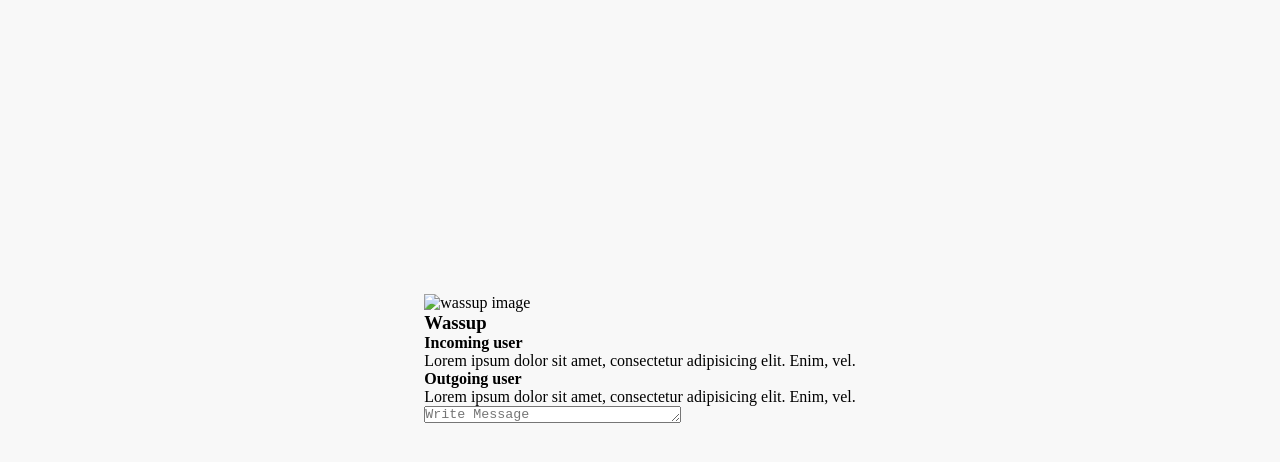
Repository: yashrajverma/Wassup-Chat-App
Page: http://localhost/
An editor plug-in stored every save of this project. The page is shown before and after a run of saves, followed by the edit.
The browser window is 1280 px wide. The pictures show the whole page.
The page is served by the project's Node server (server.js).

Above is the page before, as saved 2020-11-19 11:50:29.

After the next 2 saves:
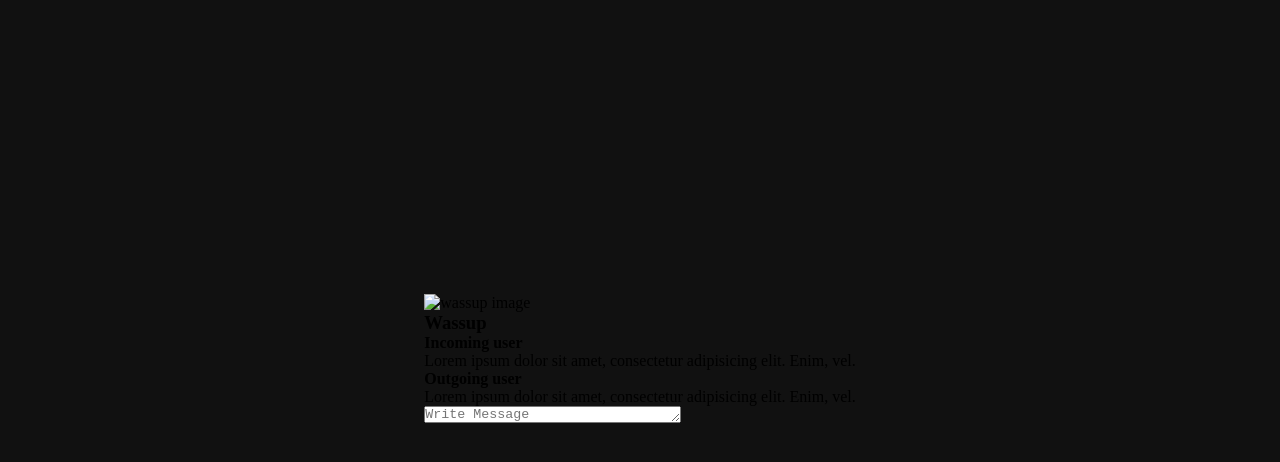
The 2 saves are shown as one change because they came seconds apart.
The last was saved 14 s later.
--- a/public/style.css
+++ b/public/style.css
@@ -10,12 +10,12 @@
     align-items: center;
     justify-content: center;
     min-height: 100vh;
-    background: #f8f8f8;
+    background: #111;
     font-family: 'Roboto' sans-serif;
 }
 
 section .chat_section {
     min-height: 90%;
     width: 800px;
-    background: #111;
+    background: #fff;
 }

After the save that followed:
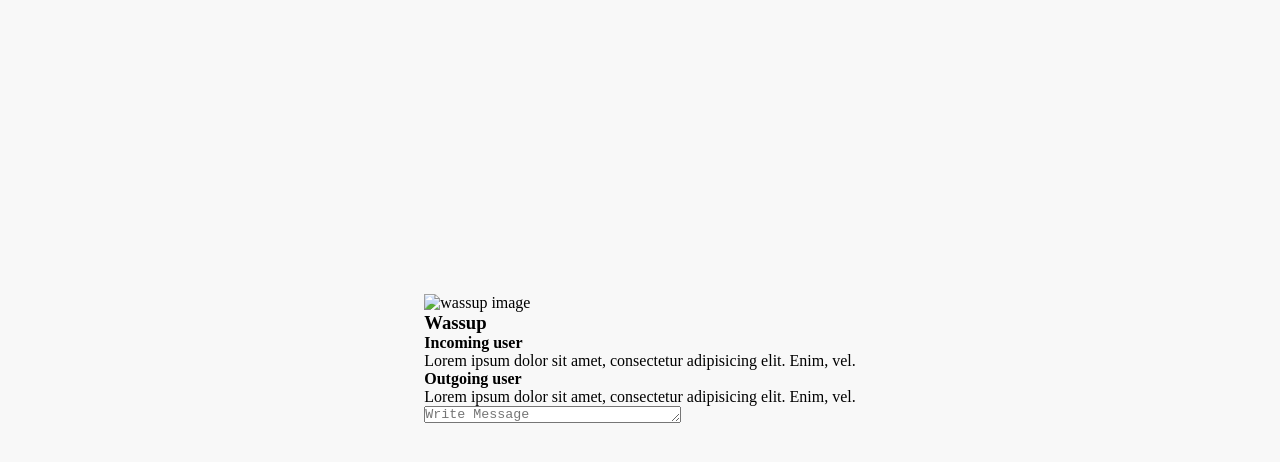
Saved 9 s later.
--- a/public/style.css
+++ b/public/style.css
@@ -10,7 +10,7 @@
     align-items: center;
     justify-content: center;
     min-height: 100vh;
-    background: #111;
+    background: #f8f8f8;
     font-family: 'Roboto' sans-serif;
 }
 
